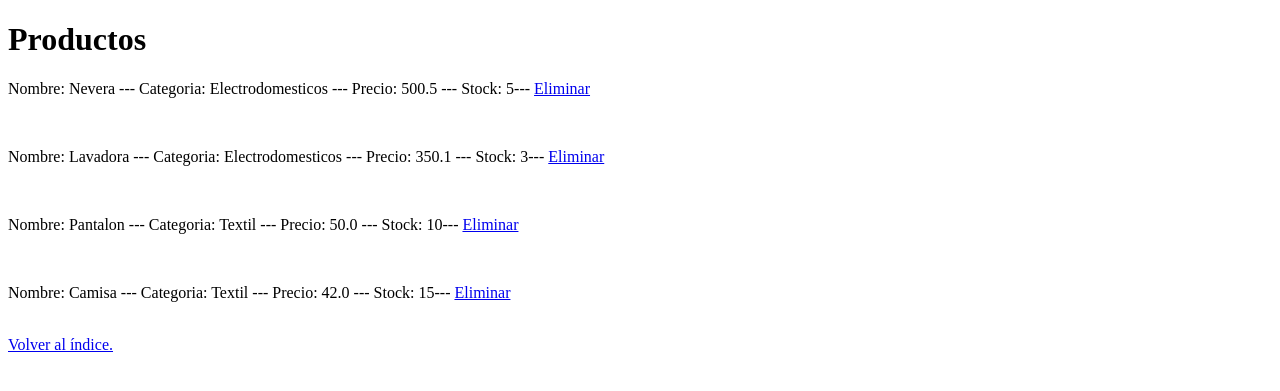
Repository: scgil/master-java
Page: http://localhost/Almacen/modificar.jsp
An editor plug-in stored every save of this project. The page is shown before and after the next save, followed by the edit.
The browser window is 1280 px wide. The pictures show the whole page.
The page is served by Tomcat 10. Other server files are loaded and not shown.

Above is the page before, as saved 2024-12-17 15:51:08.

### Semana2/Almacen/src/main/webapp/modificar.jsp
<%@ page language="java" contentType="text/html; charset=UTF-8"
    pageEncoding="UTF-8"%>
<%@ page import="com.curso.modelo.Producto" %>
<%@ page import="com.curso.service.ProductoService" %>
<%@ page import="java.util.List" %>
<!DOCTYPE html>
<html>
<head>
<meta charset="UTF-8">
<title>Modificar productos</title>
</head>
<body>

<%
ProductoService ps = new ProductoService();
List<Producto> productos = ps.productos();

%>

<h1>Productos</h1>

<%
for(int i=0; i< productos.size(); i++){

%>

<p> Nombre: <%= productos.get(i).getNombre() %> --- Categoria: <%= productos.get(i).getCategoria() %>
--- Precio: <%= productos.get(i).getPrecio() %> --- Stock: <%= productos.get(i).getStock() %>--- <a href="EliminarServlet?indexEliminar=<%= i %>">Eliminar</a></p><br>

<%} %>

<a href='index.html'>Volver al índice.</a>


</body>
</html>

### Semana2/Almacen/src/main/java/com/curso/modelo/Producto.java
package com.curso.modelo;

/**
 * Clase que representa un producto. Permite instanciar objetos
 * @author Sergio Castro
 * @version 1.0 2024/12/17
 */
public class Producto {
	private static int contadorId = 0;

	private int id;
	private String nombre;
	private String categoria;
	private double precio;
	private int stock;

	public Producto(String nombre, String categoria, double precio, int stock) {
		super();
		this.id = contadorId;
		this.nombre = nombre;
		this.categoria = categoria;
		this.precio = precio;
		this.stock = stock;
		contadorId++;

	}
	public int getId() {
		return id;
	}


	public String getNombre() {
		return nombre;
	}
	public void setNombre(String nombre) {
		this.nombre = nombre;
	}

	public String getCategoria() {
		return categoria;
	}

	public double getPrecio() {
		return precio;
	}
	public void setPrecio(double precio) {
		this.precio = precio;
	}
	public int getStock() {
		return stock;
	}
	public void setStock(int stock) {
		this.stock = stock;
	}





}

After the next save:
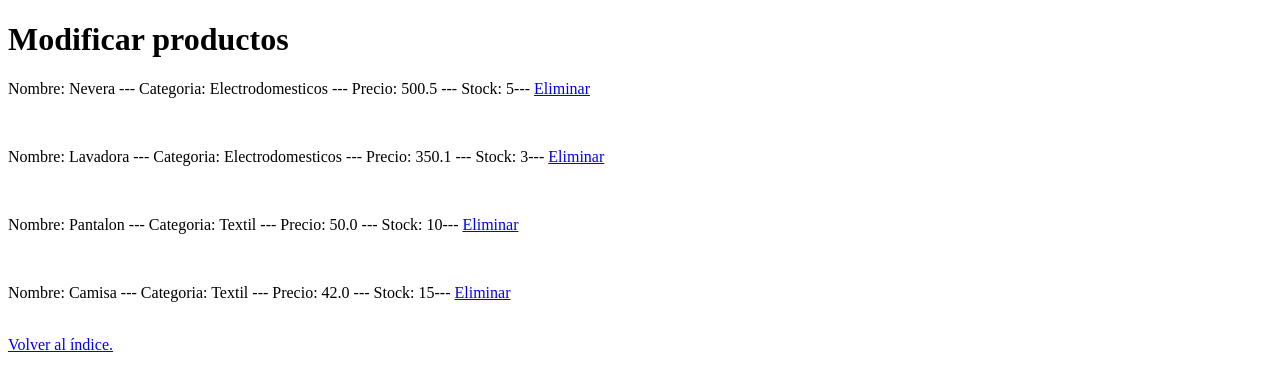
Saved 9 s later.
--- a/Semana2/Almacen/src/main/webapp/modificar.jsp
+++ b/Semana2/Almacen/src/main/webapp/modificar.jsp
@@ -17,7 +17,7 @@ List<Producto> productos = ps.productos();
 
 %>
 
-<h1>Productos</h1>
+<h1>Modificar productos</h1>
 
 <%
 for(int i=0; i< productos.size(); i++){
